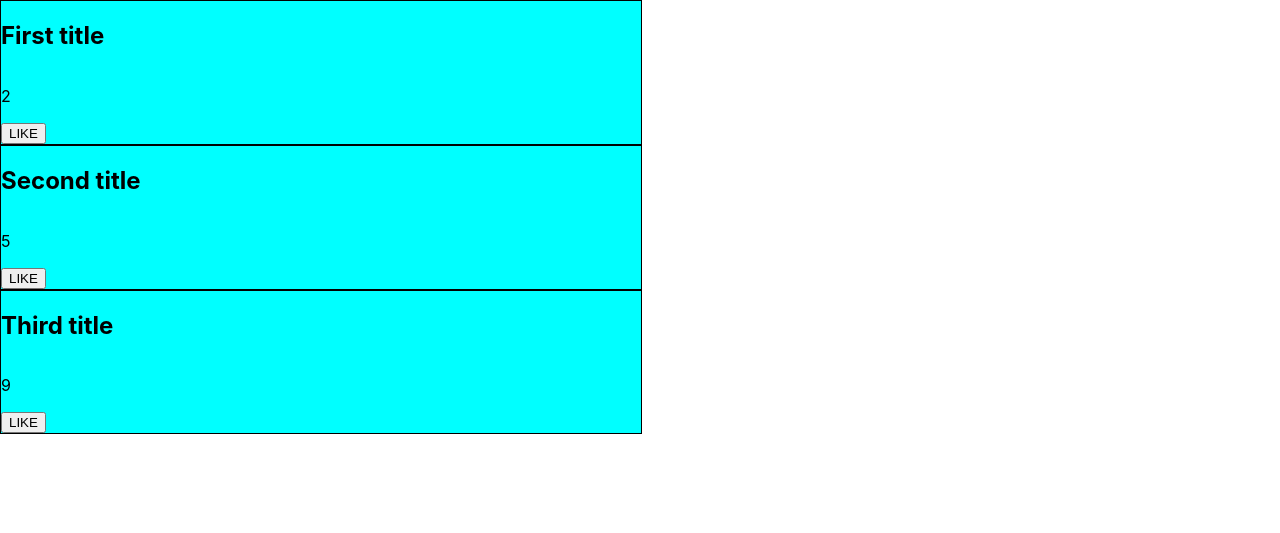
Repository: asapvtec98/egzamin
Page: /
An editor plug-in stored every save of this project. The page is shown before and after the next save, followed by the edit.
The browser window is 1280 px wide. The pictures show the whole page.
The project was rebuilt for these pictures with package versions that can differ from the ones it lists, and the page was loaded fresh each time.

Above is the page before, as saved 2023-11-14 12:28:20.

### src/App.js
import React from "react";
import Komentarz from "./components/Comment";
function App() {
  const comments = [
    {
      title: "First title",
      likes: 2
    },
    {
      title: "Second title",
      likes: 5
    },
    {
      title: "Third title",
      likes: 9
    }
  ]

  const displayComments = comments.map((comment) =>
      <div className="Comment">
        <Komentarz title={comment.title} likes={comment.likes}></Komentarz>
      </div>
  )

  return (
      <div className="App">
        {displayComments}
      </div>
  )
}

export default App;

### src/components/Comment.js
import React, { useState } from "react";
import "./Comment.css";

function Komentarz(props) {
    const [likes, setLike] = useState(false);
    const [count, setCount] = useState(parseInt(props.likes));
    const [show, setShow] = useState(true);

    const handleLikes = () => {
        if(!likes) {
            setLike(true);
            setCount(count + 1);
        } else {
            setLike(false);
            setCount(count - 1);
        }


    };

    return(
        <div className="comment">
            <h2>{props.title}</h2>
            <div>
                <div className="inline">
                    <p>{count}</p>
                </div>
                <div></div>
                <div className="inline">
                    <button type="button" onClick={() => {
                        setShow(!show)
                        handleLikes();
                    }}>{show === true ? 'LIKE' : 'DISLIKE'}</button>
                </div>
            </div>
        </div>
    )

}
export default Komentarz;

### src/components/Comment.css
.comment {
    border: 1px solid black;
    background-color:aqua;
    width: 50%;
}


.inline {
    display: inline-block;
}

Loaded but not shown: public/index.html (common file); src/index.js (common file); src/index.css (common file); src/reportWebVitals.js (common file)

After the next save:
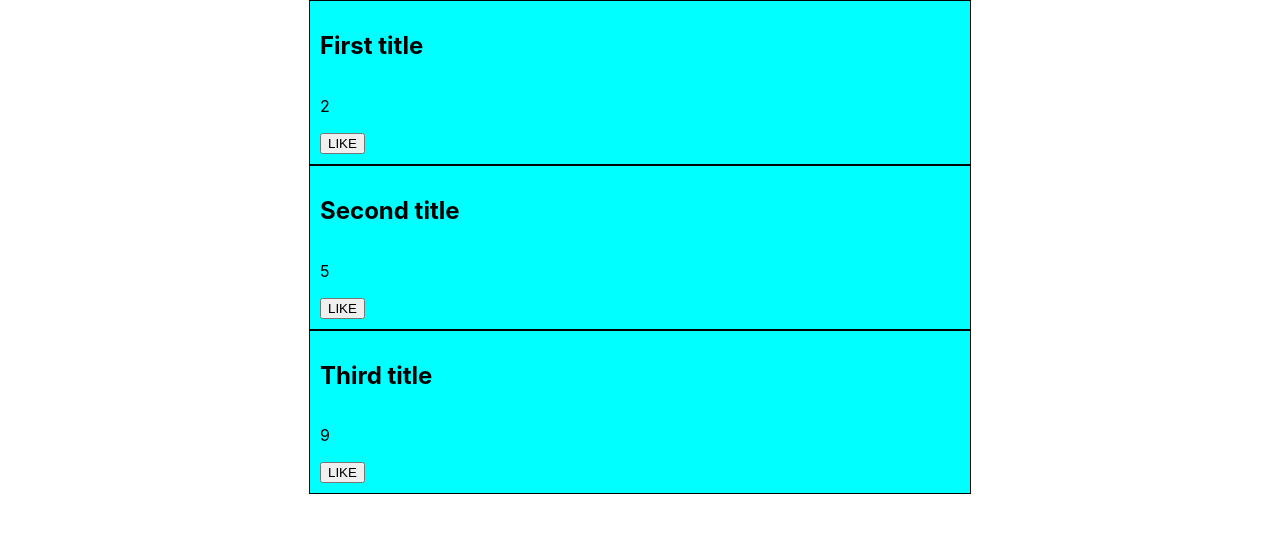
Saved 9 s later.
--- a/src/components/Comment.css
+++ b/src/components/Comment.css
@@ -1,7 +1,10 @@
 .comment {
     border: 1px solid black;
     background-color:aqua;
+    margin: auto;
     width: 50%;
+    padding: 10px;
+
 }
 
 
